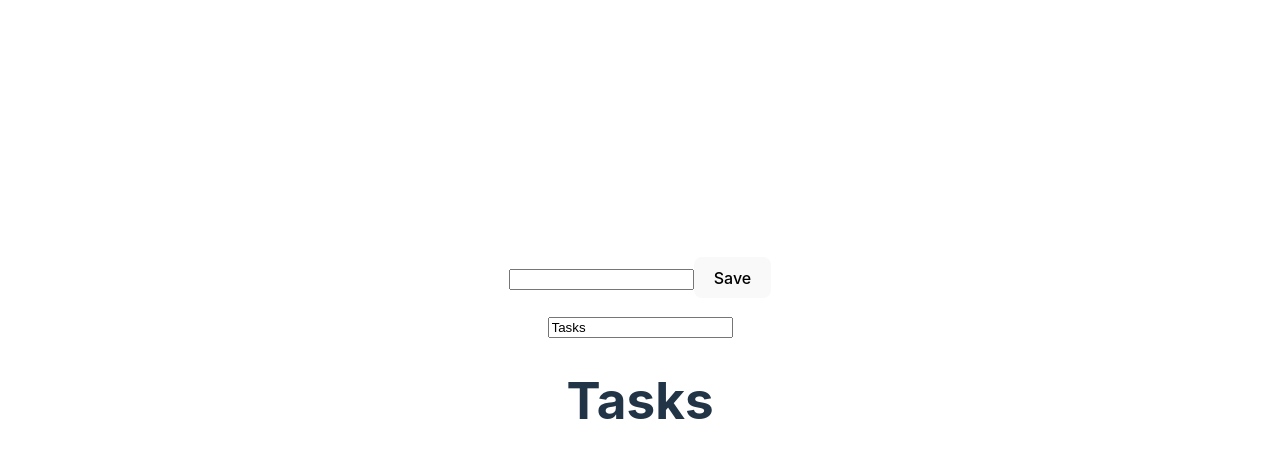
Repository: RonanKhalilOlaes/Olaes_Lab06-07_taskList
Page: /
An editor plug-in stored every save of this project. The page is shown before and after the next save, followed by the edit.
The browser window is 1280 px wide. The pictures show the whole page.
The project was rebuilt for these pictures with package versions that can differ from the ones it lists, and the page was loaded fresh each time. Also part of the build but not shown: vite.config.js.

Above is the page before, as saved 2024-10-22 21:50:57.

After the next save:
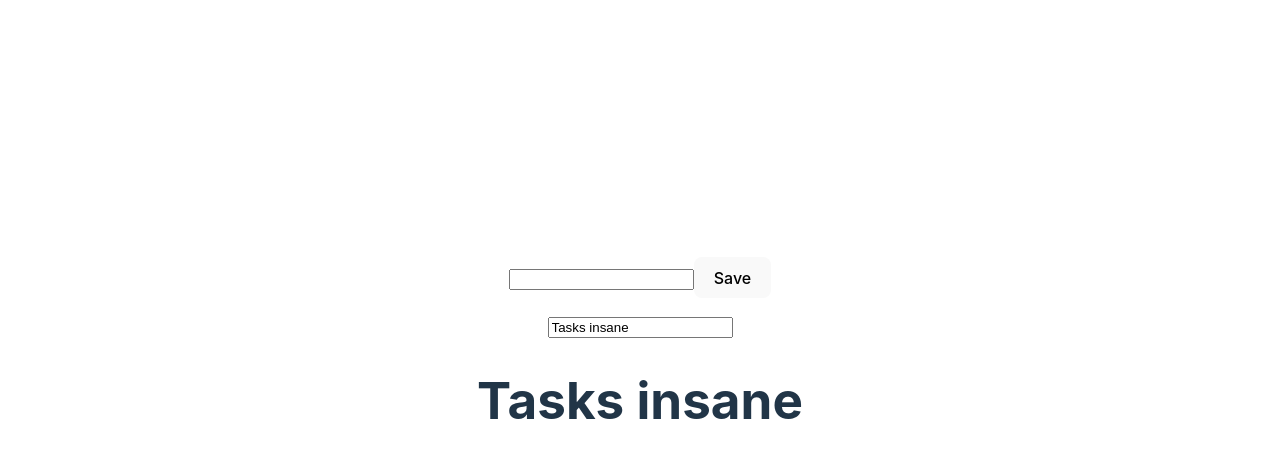
Saved 60 s later.
--- a/src/App.jsx
+++ b/src/App.jsx
@@ -19,7 +19,7 @@
 
 function App() {
 
-  const [name, setName] = useState('Tasks');
+  const [name, setName] = useState('Tasks insane');
 
   const [students, setStudents] = useState(initialStudents);
 

After the save that followed:
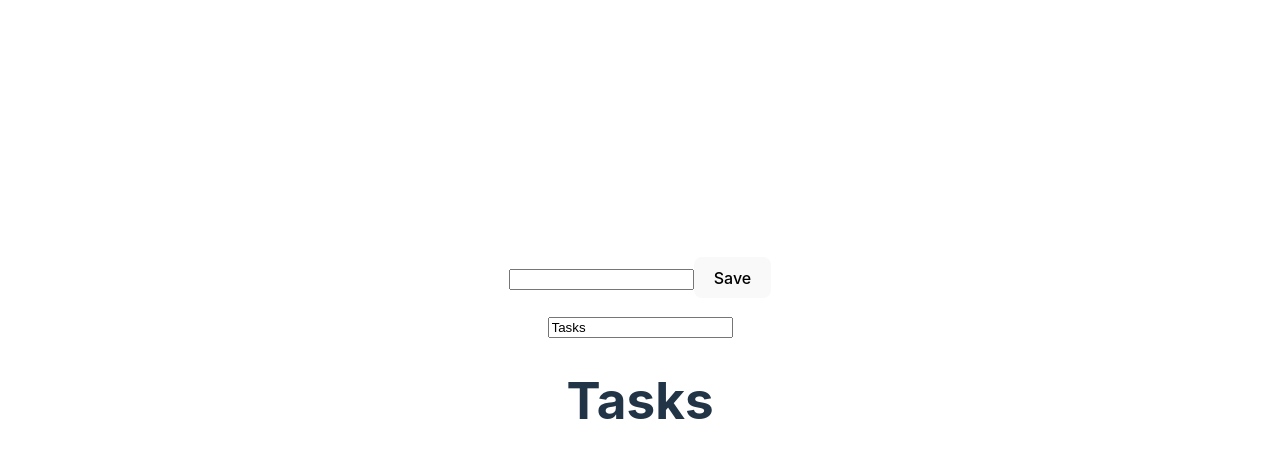
Saved 19 s later.
--- a/src/App.jsx
+++ b/src/App.jsx
@@ -19,7 +19,7 @@
 
 function App() {
 
-  const [name, setName] = useState('Tasks insane');
+  const [name, setName] = useState('Tasks');
 
   const [students, setStudents] = useState(initialStudents);
 
